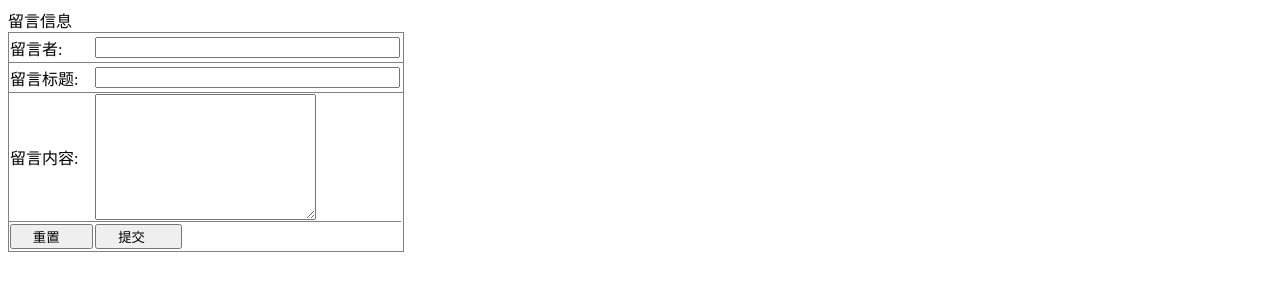
Repository: wikelgc/JSP
Page: http://localhost/HTML5_from/
The author's editor kept a copy of each file at every save. The page is drawn from the files as they stood at one save, then again after the next save.
The browser window is 1280 px wide. The pictures show the whole page.
The page is served by Tomcat 9.

Above is the page before, as saved 2015-06-02 08:24:11.

### HTML5_from/WebRoot/index.jsp
<%@page  contentType="text/html; charset=utf-8"  %>

<!DOCTYPE HTML PUBLIC "-//W3C//DTD HTML 4.01 Transitional//EN">
<html>
  <head>
	  留言信息
  </head>

  <body>
    <from action = "addWord.jsp" method = "post">
    	<table border = "1" rules = "rows">
    		<tr height = "30">
	    		<td>留言者:</td><td><input type="text" name="author" size="35"><td><tr>
	    	<tr height = "30">
	    		<td>留言标题:</td><td><input type = "text" name = "title" size="35" ><td><tr>
	    	<tr>
	    		<td>留言内容:</td><td><textarea name = "content" rows= "8" cols = "25" ></textarea></td></tr>
	    	<tr height = "30">
	    	  	<td><input type = "reset" value="    重置       "></td>
	    	  	<td><input type = "submit" value = "    提交        "></td>
	    	</tr>
    	</table>
    </from>
  </body>
</html>

After the next save:
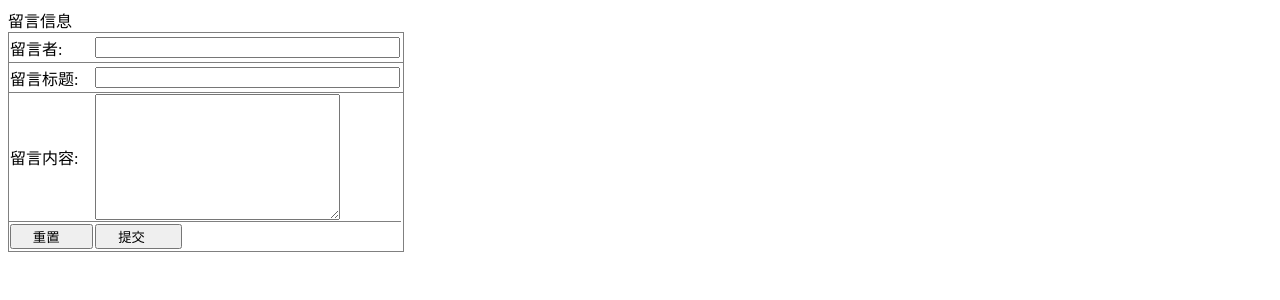
Saved 15 s later.
--- a/HTML5_from/WebRoot/index.jsp
+++ b/HTML5_from/WebRoot/index.jsp
@@ -14,7 +14,7 @@
 	    	<tr height = "30">
 	    		<td>留言标题:</td><td><input type = "text" name = "title" size="35" ><td><tr>
 	    	<tr>
-	    		<td>留言内容:</td><td><textarea name = "content" rows= "8" cols = "25" ></textarea></td></tr>
+	    		<td>留言内容:</td><td><textarea name = "content" rows= "8" cols = "28" ></textarea></td></tr>
 	    	<tr height = "30">
 	    	  	<td><input type = "reset" value="    重置       "></td>
 	    	  	<td><input type = "submit" value = "    提交        "></td>
